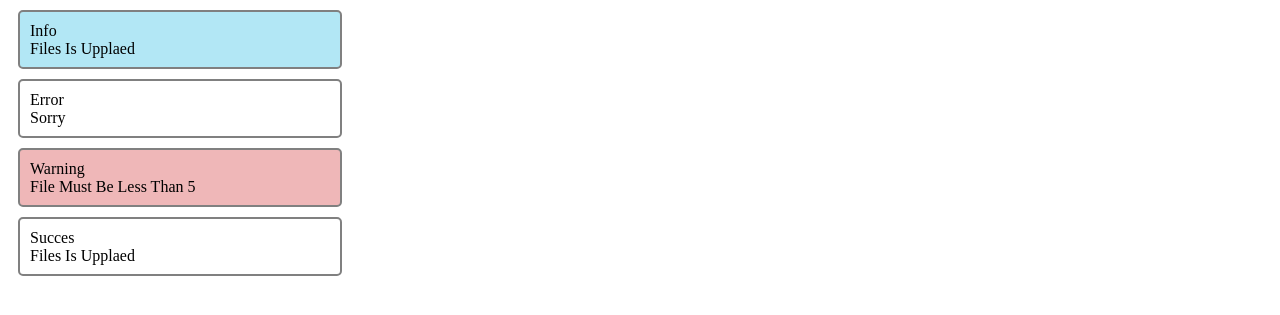
Repository: Fariaddd/javascript-1-module-3
Page: lesson2/6-reusable-html-function/index.html
The author's editor kept a copy of each file at every save. The page is drawn from the files as they stood at one save, then again after the next save.
The browser window is 1280 px wide. The pictures show the whole page.

Above is the page before, as saved 2022-02-08 14:19:00.

### lesson2/6-reusable-html-function/index.html
<!DOCTYPE html>
<html lang="en">
  <head>
    <meta charset="UTF-8" />
    <meta name="viewport" content="width=device-width, initial-scale=1.0" />
    <meta http-equiv="X-UA-Compatible" content="ie=edge" />
    <title></title>
    <script src="./handles/toostermessage.js" defer></script>
    <script src="./index.js" defer></script>
    <style>
      .toaster {
        height: 35px;
        width: 300px;
        display: flex;
        justify-content: flex-start;
        color: black;
        padding: 10px;
        border: 2px solid gray;
        border-radius: 5px;
        flex-direction: column;
        margin: 10px;
        text-transform: capitalize;
      }
      .success {
        background-color: forestgreen;
      }

      .info {
        background-color: #b2e7f5;
      }

      .warning {
        background-color: #efb7b8;
      }
    </style>
  </head>
  <body>
    <div class="container"></div>
    <div class="message-container"></div>
    <div class="message-info"></div>
    <div class="message-error"></div>
    <div class="message-warning"></div>
    <div class="message-success"></div>
  </body>
</html>

### lesson2/6-reusable-html-function/handles/toostermessage.js
function createToster(type = "", message = "") {
    const html = `<div class="toaster ${type}">
                        <span>${type}</span>
                        <span>${message}</span>
                        </div>`;
    return html;


}

### lesson2/6-reusable-html-function/index.js
const messageSuccessContainer = document.querySelector(".message-success");
const messageInfoContainer = document.querySelector(".message-info");
const messageErrorContainer = document.querySelector(".message-error");
const messageWarningContainer = document.querySelector(".message-warning");


messageSuccessContainer.innerHTML = createToster("succes", "files is upplaed");
messageInfoContainer.innerHTML = createToster("info", "files is upplaed");
messageErrorContainer.innerHTML = createToster("error", "sorry");
messageWarningContainer.innerHTML = createToster("warning", "file must be less than 5");

After the next save:
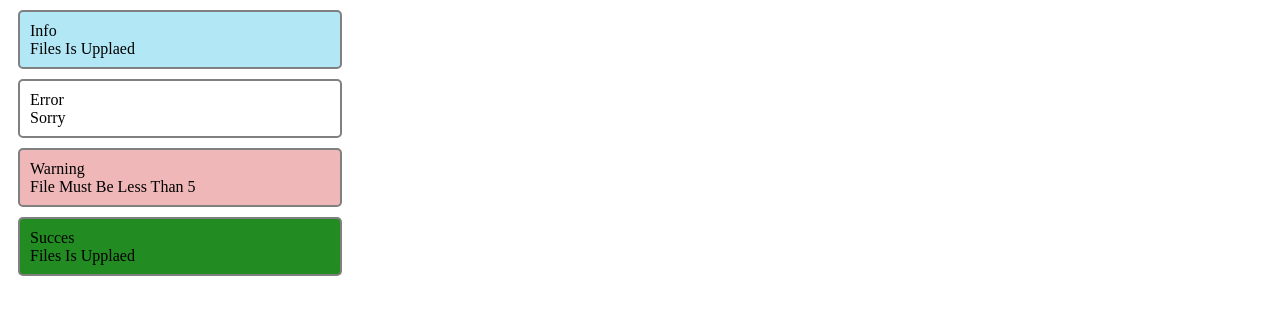
Saved 29 s later.
--- a/lesson2/6-reusable-html-function/index.html
+++ b/lesson2/6-reusable-html-function/index.html
@@ -21,7 +21,7 @@
         margin: 10px;
         text-transform: capitalize;
       }
-      .success {
+      .succes {
         background-color: forestgreen;
       }
 
